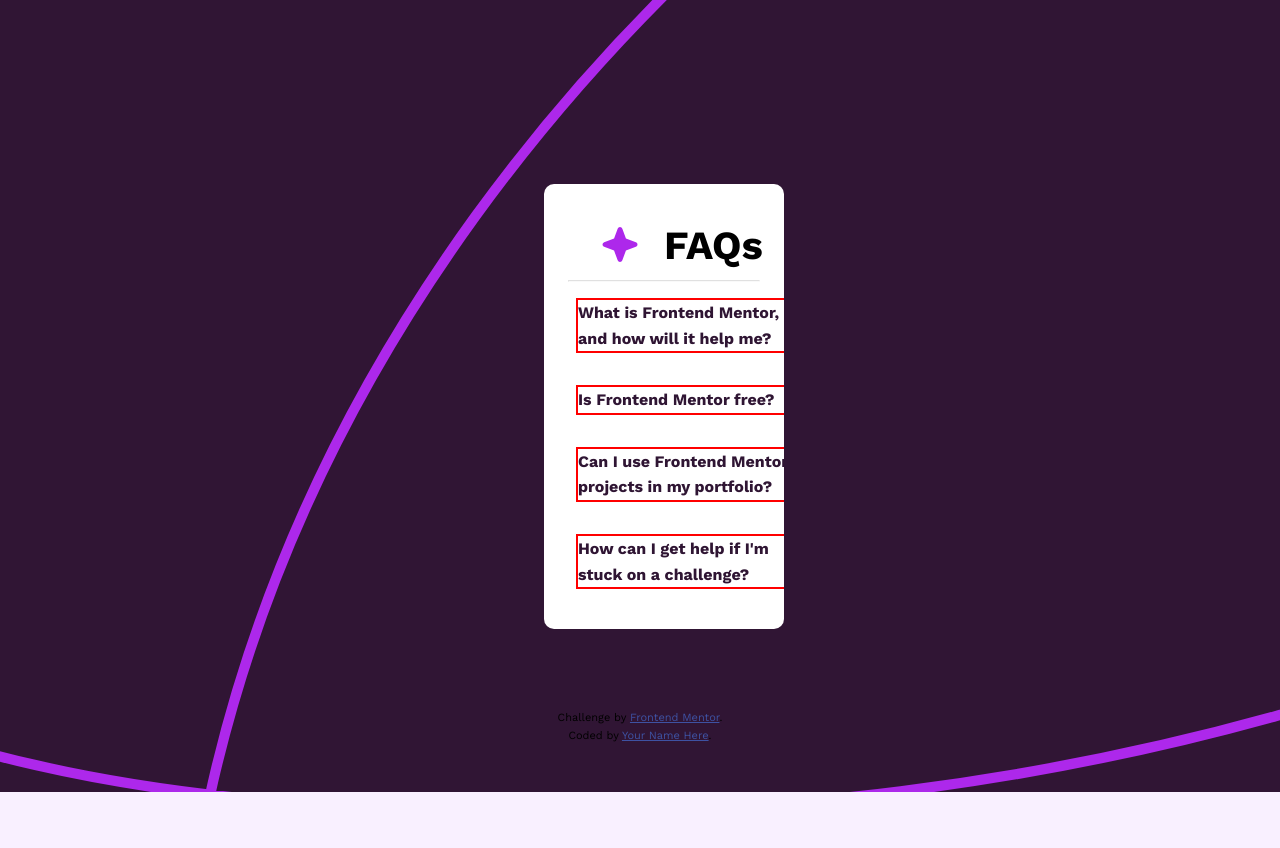
Repository: imokha01/accordion-main
Page: index.html
The author's editor kept a copy of each file at every save. The page is drawn from the files as they stood at one save, then again after the next save.
The browser window is 1280 px wide. The pictures show the whole page.

Above is the page before, as saved 2023-12-26 11:28:29.

### index.html
<!DOCTYPE html>
<html lang="en">
  <head>
    <meta charset="UTF-8" />
    <meta name="viewport" content="width=device-width, initial-scale=1.0" />
    <!-- displays site properly based on user's device -->
    <link rel="stylesheet" href="./index.css">
    <link
      rel="stylesheet"
      href="https://cdnjs.cloudflare.com/ajax/libs/font-awesome/6.5.1/css/all.min.css"
      integrity="sha512-DTOQO9RWCH3ppGqcWaEA1BIZOC6xxalwEsw9c2QQeAIftl+Vegovlnee1c9QX4TctnWMn13TZye+giMm8e2LwA=="
      crossorigin="anonymous"
      referrerpolicy="no-referrer"
    />
    <link
      rel="icon"
      type="image/png"
      sizes="32x32"
      href="./assets/images/favicon-32x32.png"
    />
    <link rel="preconnect" href="https://fonts.googleapis.com" />
    <link rel="preconnect" href="https://fonts.gstatic.com" crossorigin />
    <link
      href="https://fonts.googleapis.com/css2?family=Work+Sans:wght@400;600;700&display=swap"
      rel="stylesheet"
    />
    <title>Frontend Mentor | FAQ accordion</title>
    <!-- Feel free to remove these styles or customise in your own stylesheet 👍 -->
    <style>
      .attribution {
        font-size: 11px;
        text-align: center;
        margin-top: 1rem;
      }
      .attribution a {
        color: hsl(228, 45%, 44%);
      }
    </style>
  </head>
  <body>
    <div class="container">
      <div class="wrapper">
        <!-- first div content -->
        <main>
          <div id="header">
            <img src="./assets/images/icon-star.svg" alt="star-icon">
            <p id="headerpara">FAQs</p>
          </div>
          <hr>
          <div class="Div" id="div1">
            <div class="title">
              <p class="question">What is Frontend Mentor, and how will it help me?</p>
            </div>
            <div class="para">
              <p id="para1">
                Frontend Mentor offers realistic coding challenges to help developers
                improve their frontend coding skills with projects in HTML, CSS, and
                JavaScript. It's suitable for all levels and ideal for portfolio
                building.
              </p>
            </div>
          </div>
          <!-- second div content -->
          <div class="Div" id="div2">
            <div class="title">
              <p class="question">Is Frontend Mentor free?</p>
            </div>
            <div class="para">
              <p id="para2">
                Yes, Frontend Mentor offers both free and premium coding challenges,
                with the free option providing access to a range of projects suitable
                for all skill levels.
              </p>
            </div>
          </div>
          <!-- third div content -->
          <div class="Div" id="div3">
            <div class="title">
              <p class="question">Can I use Frontend Mentor projects in my portfolio?</p>
            </div>
            <div class="para">
              <p id="para3">
                Yes, you can use projects completed on Frontend Mentor in your
                portfolio. It's an excellent way to showcase your skills to potential
                employers!
              </p>
            </div>
          </div>
          <!-- fourth div content -->
          <div class="Div" id="div4">
            <div class="title">
              <p class="question">How can I get help if I'm stuck on a challenge?</p>
            </div>
            <div class="para">
              <p id="para4">
                The best place to get help is inside Frontend Mentor's Discord
                community. There's a help channel where you can ask questions and seek
                support from other community members.
              </p>
            </div>
          </div>
        </main>
        <!-- footer div -->
        <div class="attribution">
          Challenge by
          <a href="https://www.frontendmentor.io?ref=challenge" target="_blank"
            >Frontend Mentor</a
          >. Coded by <a href="#">Your Name Here</a>.
        </div>
      </div>
    </div>
    <script src="./index.js"></script>
  </body>
</html>

### index.css
:root {
    --White: hsl(0, 0%, 100%);
    --lightPink: hsl(275, 100%, 97%);
    --grayishPurple: hsl(292, 16%, 49%);
    --darkPurple:  hsl(292, 42%, 14%);
    --workSans: 'Work Sans', sans-serif;
}

* {
    margin: 0;
    padding:0;
    box-sizing: border-box;
}

body {
    font-size: 16px;
    font-family: var(--workSans);
    background-color: var(--lightPink);
    position: relative;
    line-height: 1.6;
}

.container  {
    background-image: url("./assets/images/background-pattern-desktop.svg");
    background-repeat: no-repeat;
    background-size: contain;
    display: flex;
    flex-direction: column;
    justify-content: center;
    align-items: center;
    overflow: hidden;
}

hr {
    background-color: var(--lightPink);
    margin-top: .7rem;
    opacity: 0.3;
}

.wrapper {
    width: 35rem;
    padding: 1.5rem;
    left: 30rem;
    border-radius: 10px;
    transition: height 0.5s ease-in 1ms;
}

main  {
    background-color: #fff;
    border-radius: 10px;
    padding: inherit;
    width: inherit;
    overflow: hidden;
    margin-top: 5rem;
    transition: height 0.5s ease-in 1ms;
    overflow: hidden;
}

#headerpara {
    font-size: 2.5rem;
    font-weight: 700;
    margin : -.6rem 1.5rem;

}

#header > img{
    padding-left: 2rem;
}

div#header {
    display: flex;
    flex-direction: row;
    justify-content: flex-start;
    align-items: flex-start;
    width: 10rem;
    margin-top: 1rem;
}

.Div {
    display: flex;
    flex-direction: column;
    justify-content: flex-start ;
    padding: 1rem .5rem;
    height: fit-content;
    transition: height 0.5s ease-in;

}

.title {
    display: flex;;
    justify-content: space-between;
}

.Div div  img {
    cursor: pointer;
}

.title p {
    font-weight: 700;
    color: var(--darkPurple);
    cursor: pointer;
    /* width: 21.875rem; */
}

.para {
    color: var(--grayishPurple);
    margin-top: 1.2rem;
    transition: height 0.5s ease-in 1s;
    overflow: hidden;
    display: none;
    font-size: .9rem;
}

.title{
    position: relative;
    width: 90%;

}
.title::after{
    content:  url(./assets/images/icon-plus.svg);
    position: absolute;
    right: -40px;
}

.active::after{
    content: url(./assets/images/icon-minus.svg);
    right: -40px;

}

.active, .question:hover {
    content: "";
}

@media (min-width: 375px){
    .container {
        background-image: url(./assets/images/background-pattern-mobile.svg);
    }

    .wrapper, main {
        width: 15rem;
        margin: 5rem auto;
    }

    /* .title  p{
        width: 14rem;
    } */

    .title {
        border: 2px solid red;
        width: 14rem;
    }

    .title::after,
    .active::after {
        right: -7.8125rem;
    }

    .para {
        font-size: 1rem;
    }
}

### index.js
// const answer = document.getElementsByClassName("para");
const question = document.getElementsByClassName("title");

for (let i = 0; i < question.length; i++ ) {
    question[i].addEventListener("click", function(){
        this.classList.toggle("active");
        let active = this.addEventListener.nextElementSibling;
        let para = this.nextElementSibling;
        if(para.style.display === "block"){
            para.style.display = "none";
        } else {
            para.style.display = "block";
        }
    });
}





// var acc = document.getElementsByClassName("accordion");
// var i;

// for (i = 0; i < acc.length; i++) {
//   acc[i].addEventListener("click", function() {
//     /* Toggle between adding and removing the "active" class,
//     to highlight the button that controls the panel */
//     this.classList.toggle("active");

//     /* Toggle between hiding and showing the active panel */
//     var panel = this.nextElementSibling;
//     if (panel.style.display === "block") {
//       panel.style.display = "none";
//     } else {
//       panel.style.display = "block";
//     }
//   });
// }

After the next save:
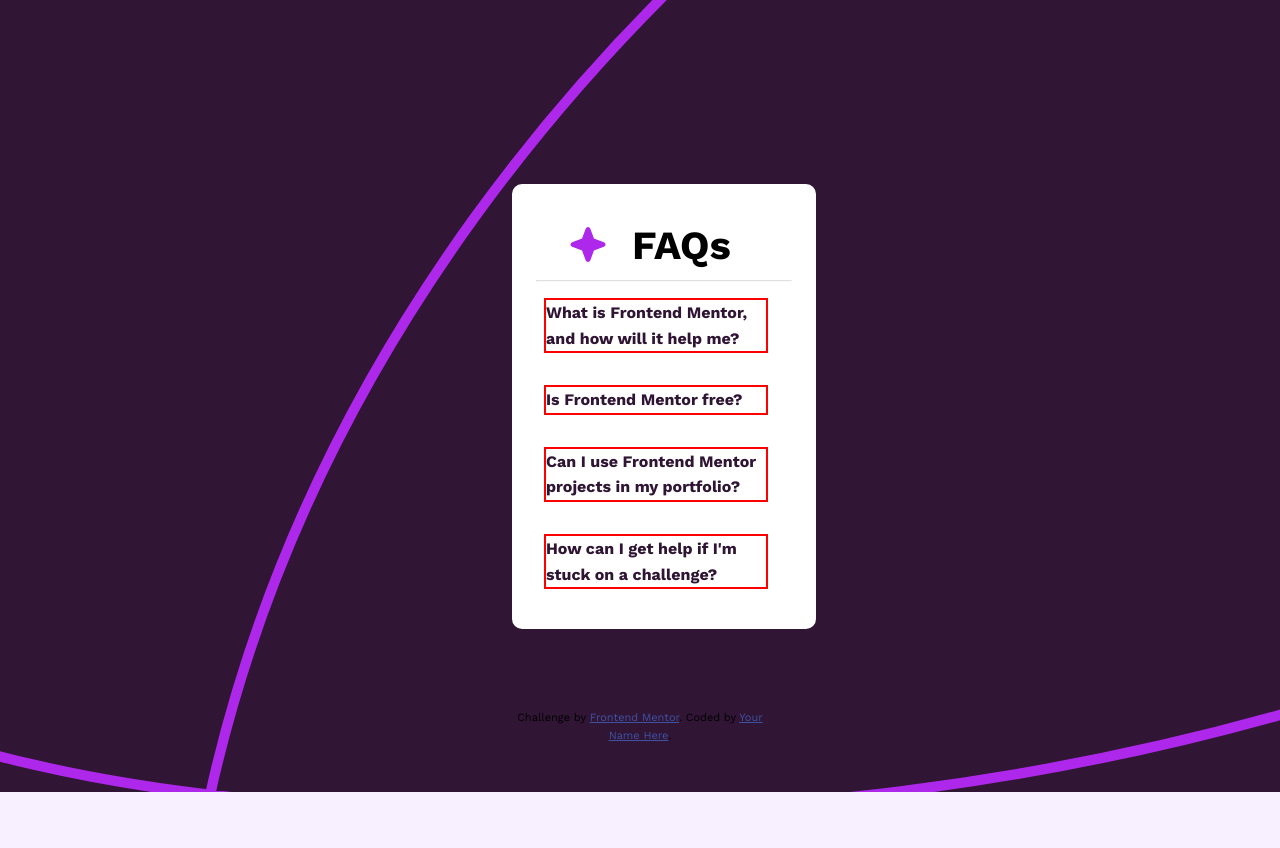
Saved 5 s later.
--- a/index.css
+++ b/index.css
@@ -138,7 +138,7 @@
     }
 
     .wrapper, main {
-        width: 15rem;
+        width: 19rem;
         margin: 5rem auto;
     }
 
